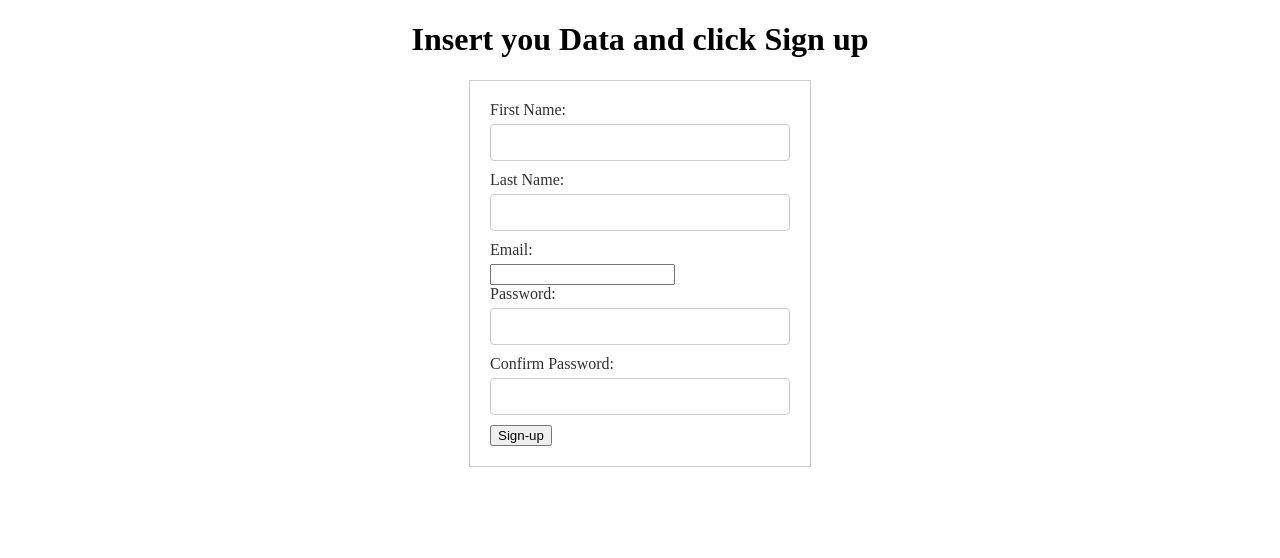
Repository: GiuuGpEEp/TerzoAnnoUni
Page: SAW/Esercizi/Form/Form.html
An editor plug-in stored every save of this project. The page is shown before and after a run of saves, followed by the edit.
The browser window is 1280 px wide. The pictures show the whole page.

Above is the page before, as saved 2024-11-18 22:39:28.

### SAW/Esercizi/Form/Form.html
<!DOCTYPE html>
<html lang="en">
    <head>
        <title>Form</title>
        <style>
            h1{
                text-align: center;
            }
            form{
                width: 300px; /* Larghezza del form */
                margin: 0 auto; /* Centra il form nella pagina */
                border: 1px solid #ccc; /* Bordino sottile */
                padding: 20px;
            }
            label {
                display: block;
                margin-bottom: 5px;
                color: #333; /* Blu scuro */
            }

            input[type="text"], input[type="password"] {
              width: 100%;
              padding: 10px;
              border: 1px solid #ccc;
              border-radius: 4px;
              box-sizing: border-box;
             /* Include padding e border nella larghezza */
              margin-bottom: 10px;
            }

            button[type="submit"] {
              background-color: #4CAF50; /* Verde */
              color: white;
              padding: 10px 20px;
              border: none;
              border-radius: 4px;
              cursor: pointer;
            }

        </style>
    </head>
    <body>
        <h1>Insert you Data and click Sign up</h1>
        <form action="registration.php" method="post">
            <div><label for="firstname">First Name:</label>
            <input type="text" name="firstname" id="firstname"></div>
            <div><label for="lastname">Last Name:</label>
            <input type="text" name="lastname" id="lastname"></div>
            <div><label for="email">Email:</label>
            <input type="email" name="email" id="email"></div>
            <div><label for="pass">Password:</label>
            <input type="password" name="pass" id="pass"></div>
            <div><label for="confirm">Confirm Password:</label>
            <input type="password" name="confirm" id="confirm"></div>
            <input type="submit" name="submit" value="Sign-up">
          </form>
    </body>

</html>

After the next 4 saves:
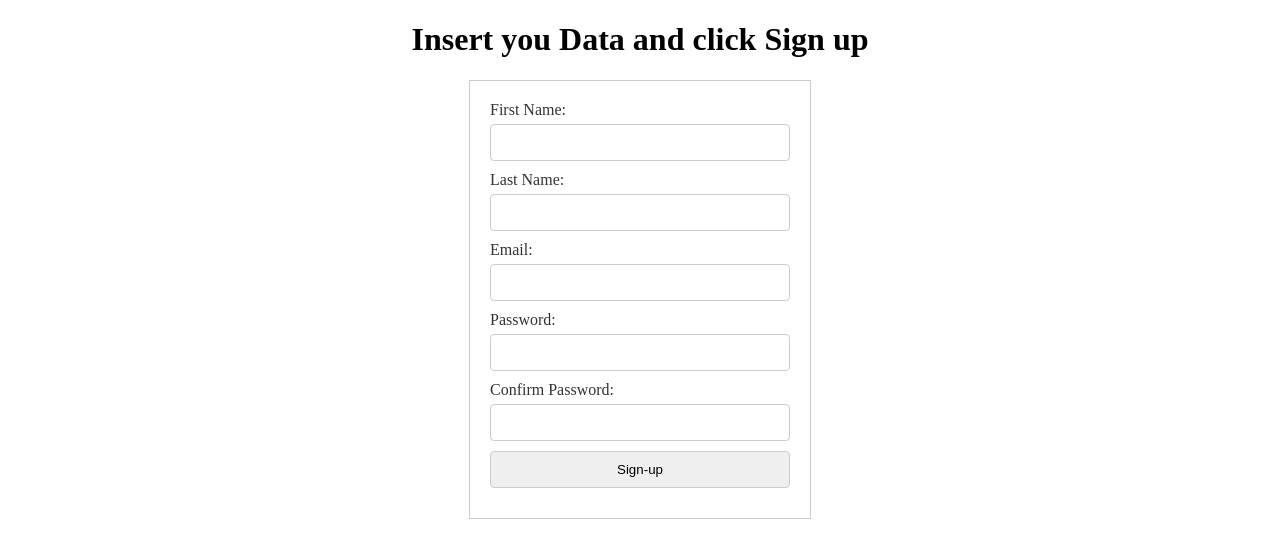
The 4 saves are shown as one change because they came seconds apart.
The last was saved 24 s later.
--- a/SAW/Esercizi/Form/Form.html
+++ b/SAW/Esercizi/Form/Form.html
@@ -18,7 +18,7 @@
                 color: #333; /* Blu scuro */
             }
 
-            input[type="text"], input[type="password"] {
+            input[type="text"], input[type="password"], input[type] {
               width: 100%;
               padding: 10px;
               border: 1px solid #ccc;
